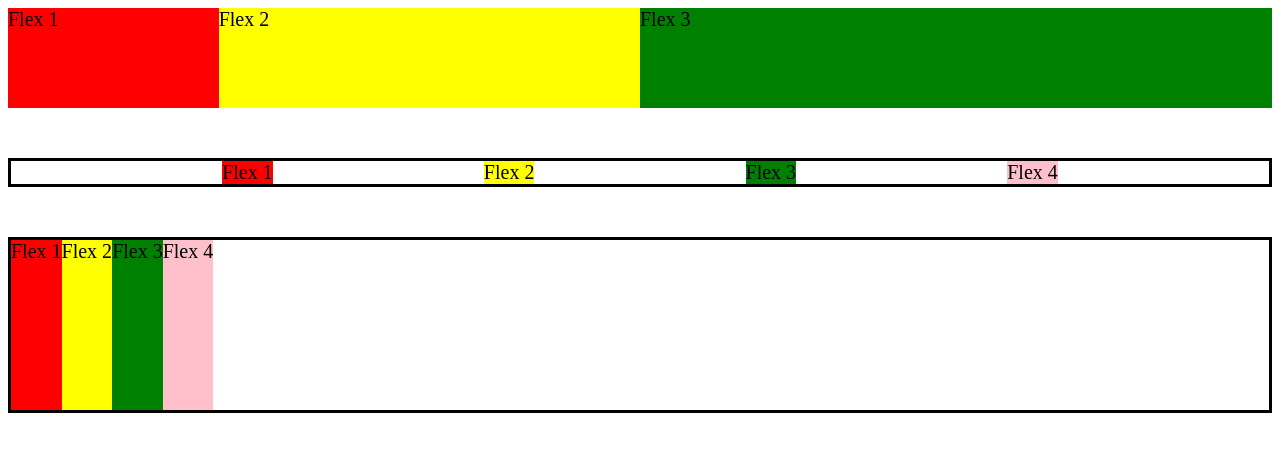
Repository: Kubraaygun/Html_Css_Login
Page: index.html
An editor plug-in stored every save of this project. The page is shown before and after the next save, followed by the edit.
The browser window is 1280 px wide. The pictures show the whole page.

Above is the page before, as saved 2025-03-04 20:04:39.

After the next save:
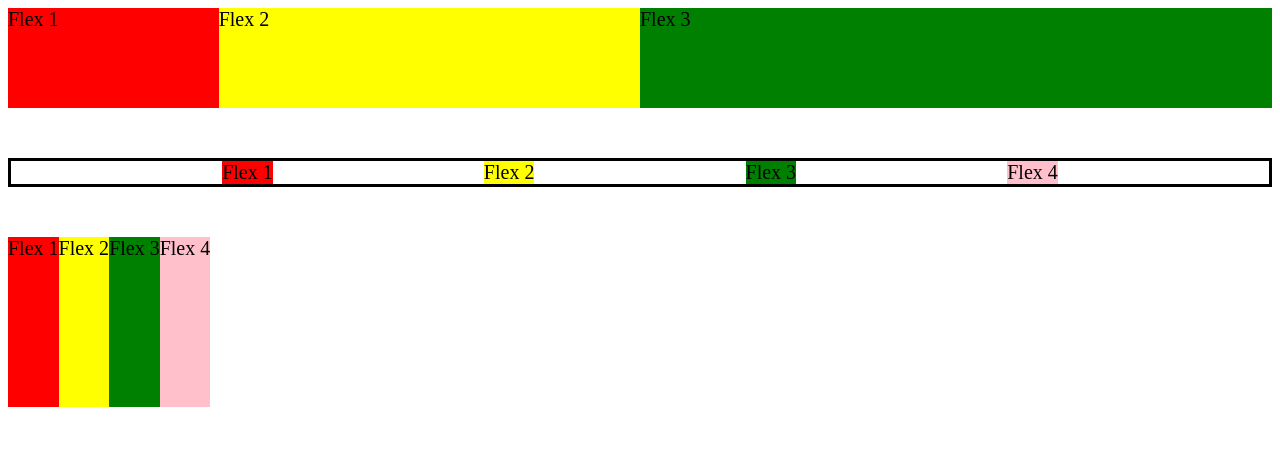
Saved 35 s later.
--- a/index.html
+++ b/index.html
@@ -31,12 +31,7 @@
 
     <div
       class="contaien"
-      style="
-        display: flex;
-        margin-top: 50px;
-        height: 170px;
-        border: 3px solid black;
-      "
+      style="display: flex; margin-top: 50px; height: 170px; flex-wrap: wrap"
     >
       <div style="background-color: red">Flex 1</div>
       <div style="background-color: yellow">Flex 2</div>
